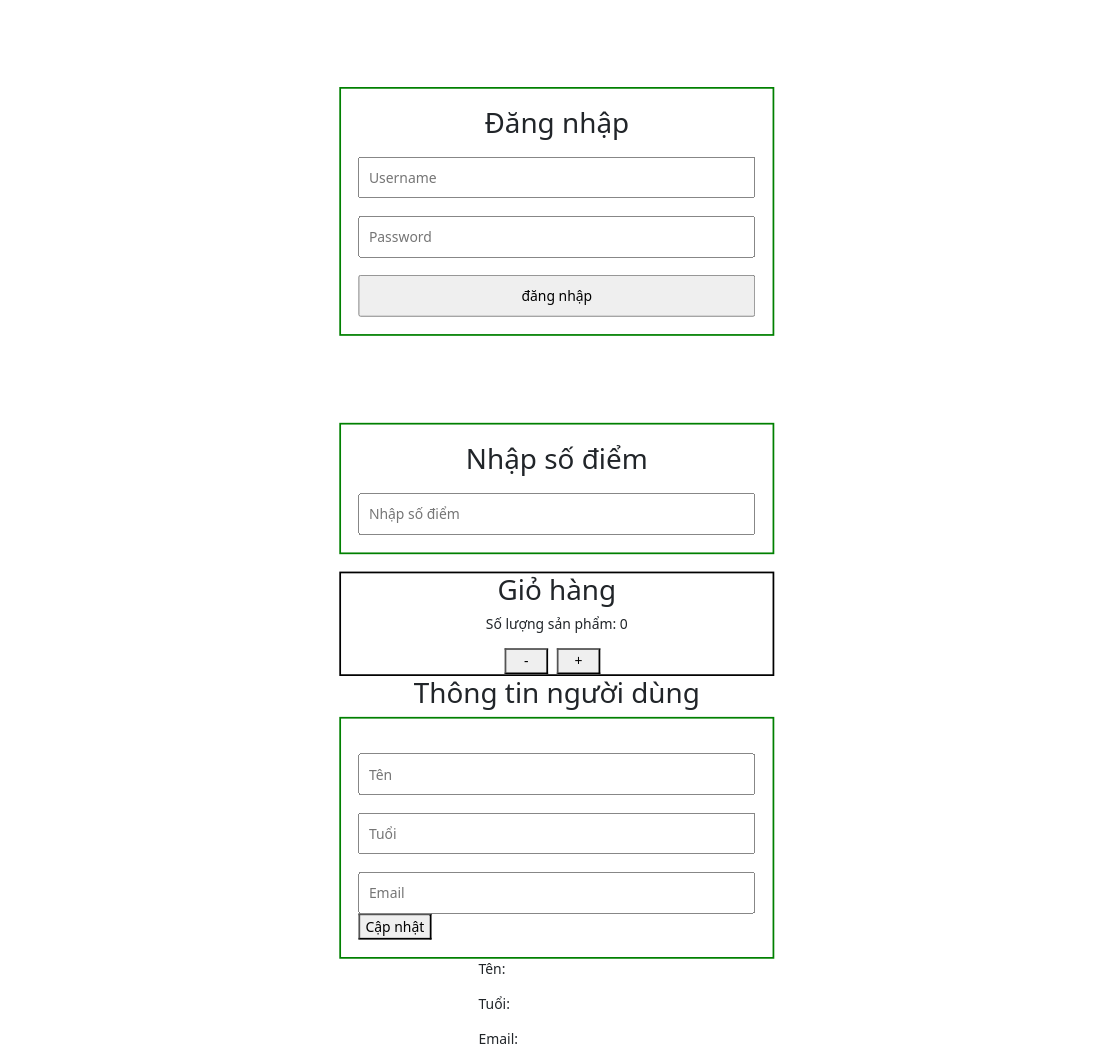
Repository: Phong-poor/frontendframework
Page: / (app in vue-lab-asm/)
The author's editor kept a copy of each file at every save. The page is drawn from the files as they stood at one save, then again after the next save.
The browser window is 1280 px wide. The pictures show the whole page, at 87% of full size.
The project was rebuilt for these pictures with package versions that can differ from the ones it lists, and the page was loaded fresh each time. Also part of the build but not shown: vue-lab-asm/vite.config.js, vue-lab-asm/src/components/Lab1.vue, vue-lab-asm/src/components/product.vue, vue-lab-asm/src/components/Dangnhap.vue, vue-lab-asm/src/components/NotFound.vue, vue-lab-asm/src/components/Dangky.vue, vue-lab-asm/src/components/admin.vue, vue-lab-asm/src/components/admin-category.vue.

Above is the page before, as saved 2025-10-07 18:54:31.

After the next save:
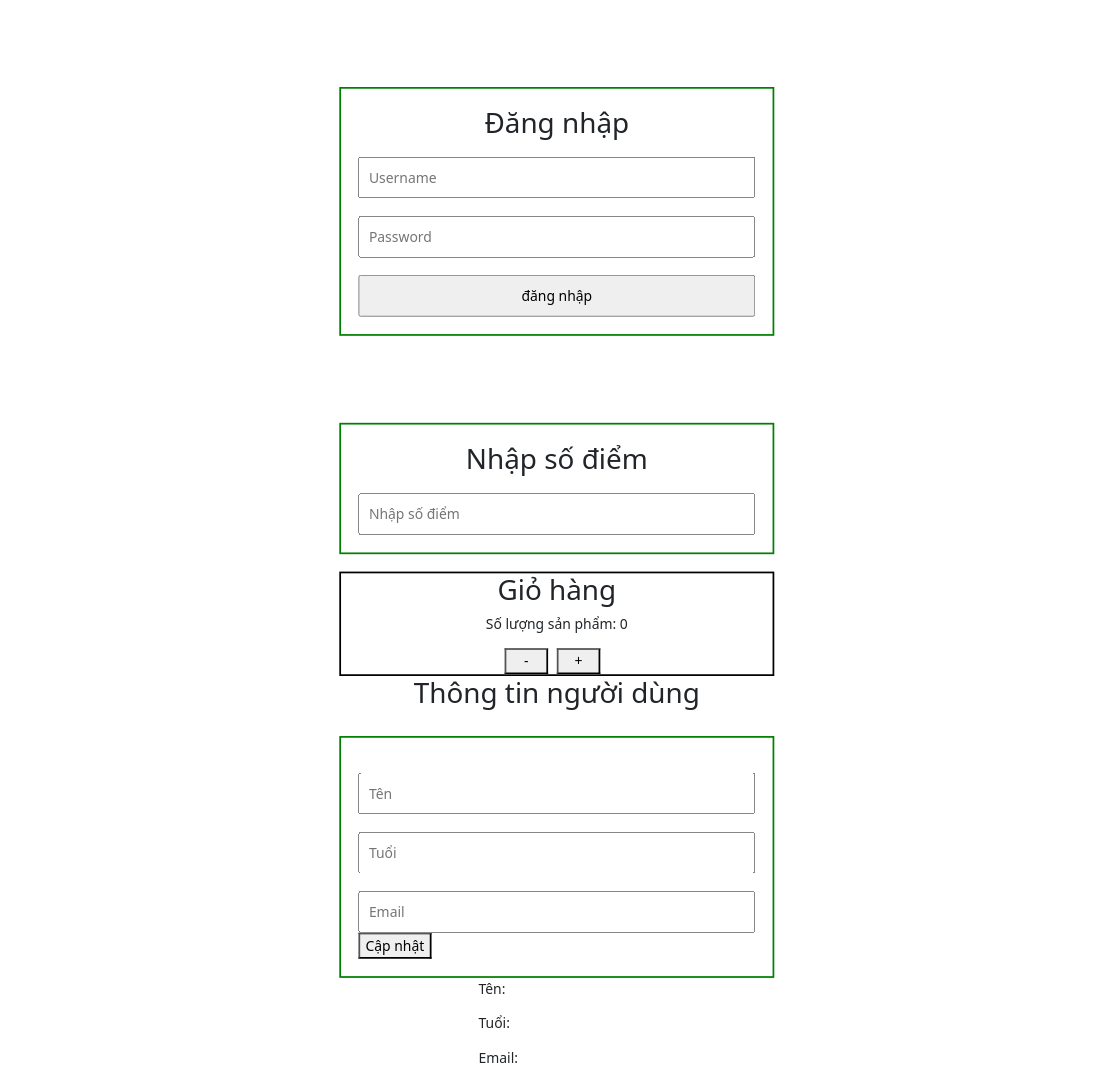
Saved 8 s later.
--- a/vue-lab-asm/src/components/Lab2.vue
+++ b/vue-lab-asm/src/components/Lab2.vue
@@ -152,7 +152,7 @@ form h2{
     justify-content: center;
 }
 .thongtinnguoidung form{
-    margin-top: 0;
+    margin-top: 30px;
 }
 .thongtinnguoidung h2{
     text-align: center;
